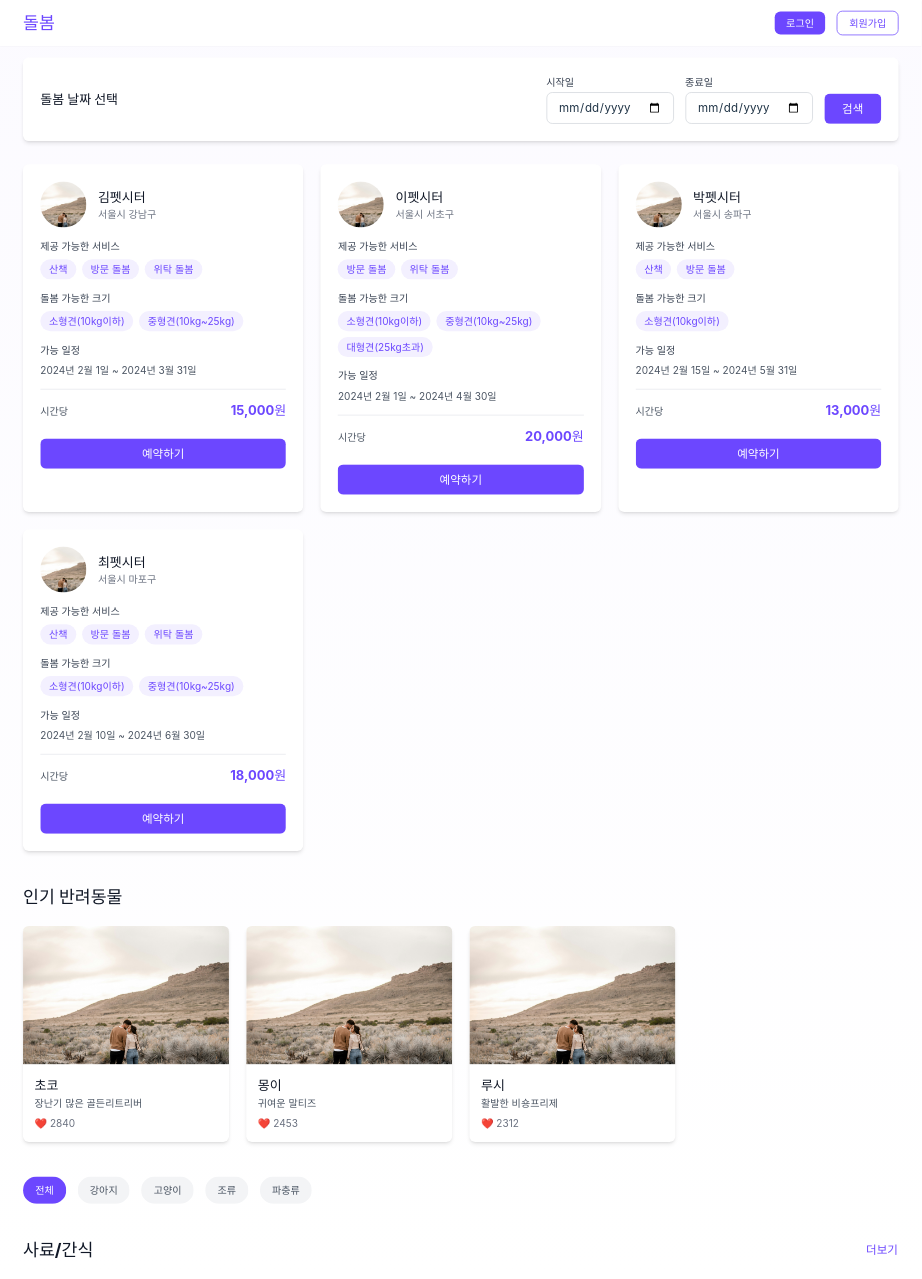
Repository: kksshh0612/pet-care-client
Page: /service
The author's editor kept a copy of each file at every save. The page is drawn from the files as they stood at one save, then again after the next save.
The browser window is 1280 px wide. The pictures show the whole page, at 72% of full size.
The page's requests for data from a server got no answer. The project was rebuilt for these pictures with package versions that can differ from the ones it lists, and the page was loaded fresh each time. No one was signed in, and anything a server would have sent is missing. Also part of the build but not shown: vite.config.js, src/components/MainPage.vue, src/components/MemberLogin.vue, src/components/SignUp.vue, src/components/modals/ChangePasswordModal.vue, src/components/modals/EditProfileModal.vue, src/components/modals/WithdrawModal.vue, src/components/modals/PetSitterRegisterModal.vue and 5 more.

Above is the page before, as saved 2025-02-17 08:20:12.

After the next save:
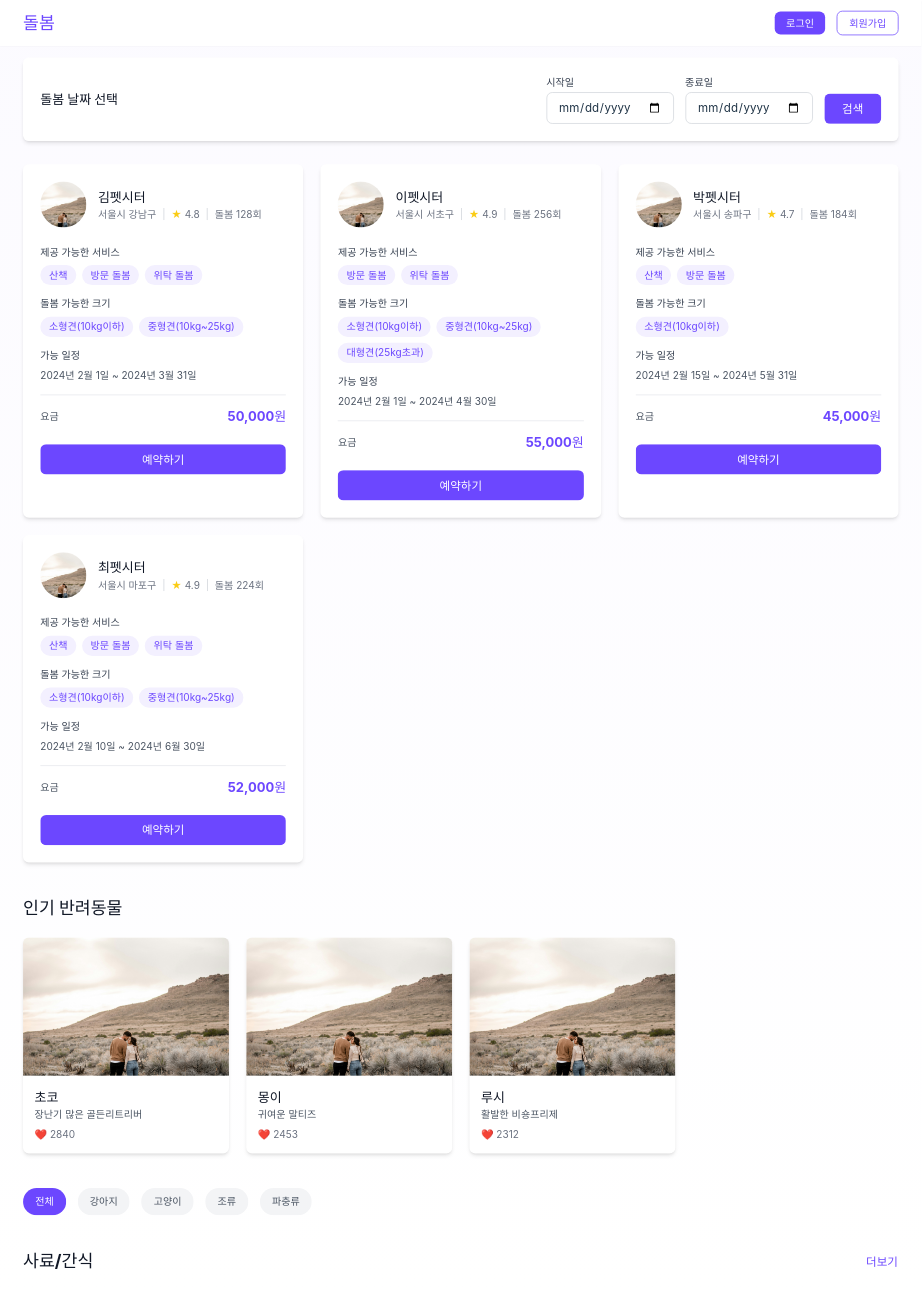
Saved 2 min 16 s later.
--- a/src/components/ServicePage.vue
+++ b/src/components/ServicePage.vue
@@ -37,9 +37,9 @@
       <!-- 펫시터 서비스 목록 -->
       <div class="grid grid-cols-1 md:grid-cols-2 lg:grid-cols-3 gap-6 mb-12">
         <div v-for="service in filteredServices" :key="service.id" class="bg-white rounded-lg shadow-md overflow-hidden">
-          <!-- 펫시터 프로필 -->
-          <div class="p-6">
-            <div class="flex items-center gap-4 mb-4">
+          <div class="p-6 space-y-6">
+            <!-- 펫시터 프로필 -->
+            <div class="flex items-center gap-4">
               <img
                 :src="service.profileImage"
                 alt="펫시터 프로필"
@@ -47,7 +47,16 @@
               >
               <div>
                 <h3 class="text-lg font-bold text-gray-900">{{ service.name }}</h3>
-                <p class="text-sm text-gray-500">{{ service.location }}</p>
+                <div class="flex items-center gap-2 text-sm text-gray-500">
+                  <span>{{ service.location }}</span>
+                  <span class="text-gray-300">|</span>
+                  <div class="flex items-center">
+                    <span class="text-yellow-400">★</span>
+                    <span class="ml-1">{{ service.rating.toFixed(1) }}</span>
+                  </div>
+                  <span class="text-gray-300">|</span>
+                  <span>돌봄 {{ service.totalCare }}회</span>
+                </div>
               </div>
             </div>
 
@@ -92,9 +101,9 @@
               <!-- 요금 정보 -->
               <div class="pt-4 border-t">
                 <div class="flex justify-between items-center">
-                  <span class="text-sm text-gray-600">시간당</span>
+                  <span class="text-sm text-gray-600">요금</span>
                   <span class="text-lg font-bold text-[#6C47FF]">
-                    {{ formatPrice(service.hourlyRate) }}원
+                    {{ formatPrice(service.price) }}원
                   </span>
                 </div>
               </div>
@@ -103,7 +112,7 @@
             <!-- 예약하기 버튼 -->
             <button
               @click="bookService(service)"
-              class="w-full mt-6 px-4 py-2 bg-[#6C47FF] text-white rounded-lg hover:bg-[#5835FF] transition-colors"
+              class="w-full px-4 py-2 bg-[#6C47FF] text-white rounded-lg hover:bg-[#5835FF] transition-colors"
             >
               예약하기
             </button>
@@ -203,9 +212,11 @@ export default {
           location: '서울시 강남구',
           serviceTypes: ['산책', '방문 돌봄', '위탁 돌봄'],
           petSizes: ['small', 'medium'],
-          hourlyRate: 15000,
+          price: 50000,
           availableFrom: '2024-02-01',
-          availableTo: '2024-03-31'
+          availableTo: '2024-03-31',
+          rating: 4.8,
+          totalCare: 128
         },
         {
           id: 2,
@@ -214,9 +225,11 @@ export default {
           location: '서울시 서초구',
           serviceTypes: ['방문 돌봄', '위탁 돌봄'],
           petSizes: ['small', 'medium', 'large'],
-          hourlyRate: 20000,
+          price: 55000,
           availableFrom: '2024-02-01',
-          availableTo: '2024-04-30'
+          availableTo: '2024-04-30',
+          rating: 4.9,
+          totalCare: 256
         },
         {
           id: 3,
@@ -225,9 +238,11 @@ export default {
           location: '서울시 송파구',
           serviceTypes: ['산책', '방문 돌봄'],
           petSizes: ['small'],
-          hourlyRate: 13000,
+          price: 45000,
           availableFrom: '2024-02-15',
-          availableTo: '2024-05-31'
+          availableTo: '2024-05-31',
+          rating: 4.7,
+          totalCare: 184
         },
         {
           id: 4,
@@ -236,9 +251,11 @@ export default {
           location: '서울시 마포구',
           serviceTypes: ['산책', '방문 돌봄', '위탁 돌봄'],
           petSizes: ['small', 'medium'],
-          hourlyRate: 18000,
+          price: 52000,
           availableFrom: '2024-02-10',
-          availableTo: '2024-06-30'
+          availableTo: '2024-06-30',
+          rating: 4.9,
+          totalCare: 224
         }
       ],
       popularPets: [
